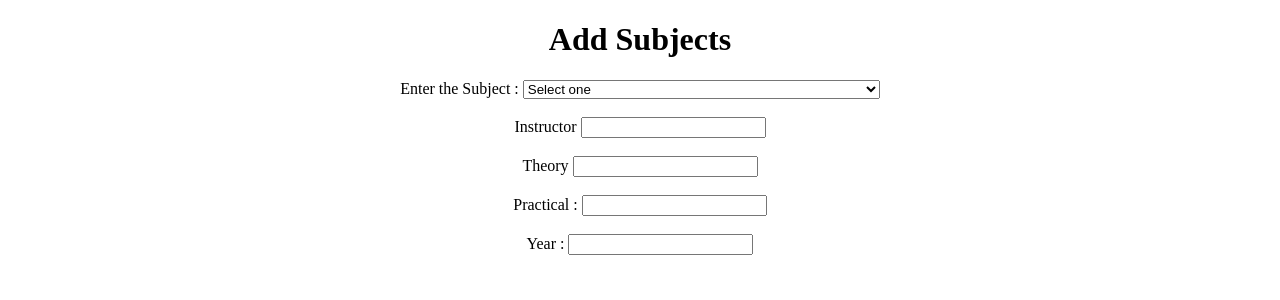
Repository: Gauravsh20/CollegeProject
Page: http://localhost/Clg_project/Add_Subjects.jsp
These files come from the project's save history. The page is drawn as it stood at one moment and after the next save; the edit follows.
The browser window is 1280 px wide. The pictures show the whole page.
The page is served by Tomcat 9.

Above is the page before, as saved 2022-10-25 07:18:55.

After the next save:
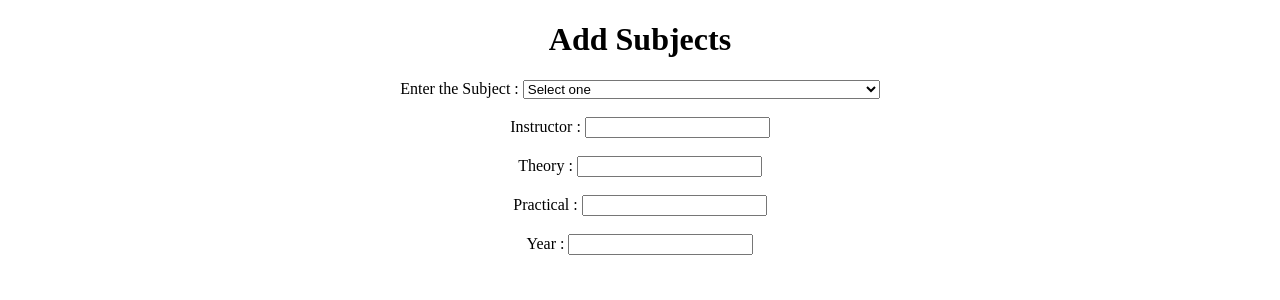
Saved 5 s later.
--- a/Clg_project/src/main/webapp/Add_Subjects.jsp
+++ b/Clg_project/src/main/webapp/Add_Subjects.jsp
@@ -72,9 +72,9 @@ Enter the Subject :
 <option value = "Operating System">Operating System</option>
 <option value = "SQL Server">SQL Server</option>
 </select> <br/><br/>
-Instructor
+Instructor :
 <input type="txt" id="instructor" name="instructor"><br/><br/>
-Theory
+Theory :
 <input type="number" id="theory" name="theory"><br/><br/>
 Practical :
 <input type="number" id="practical" name="practical"><br/><br/>
